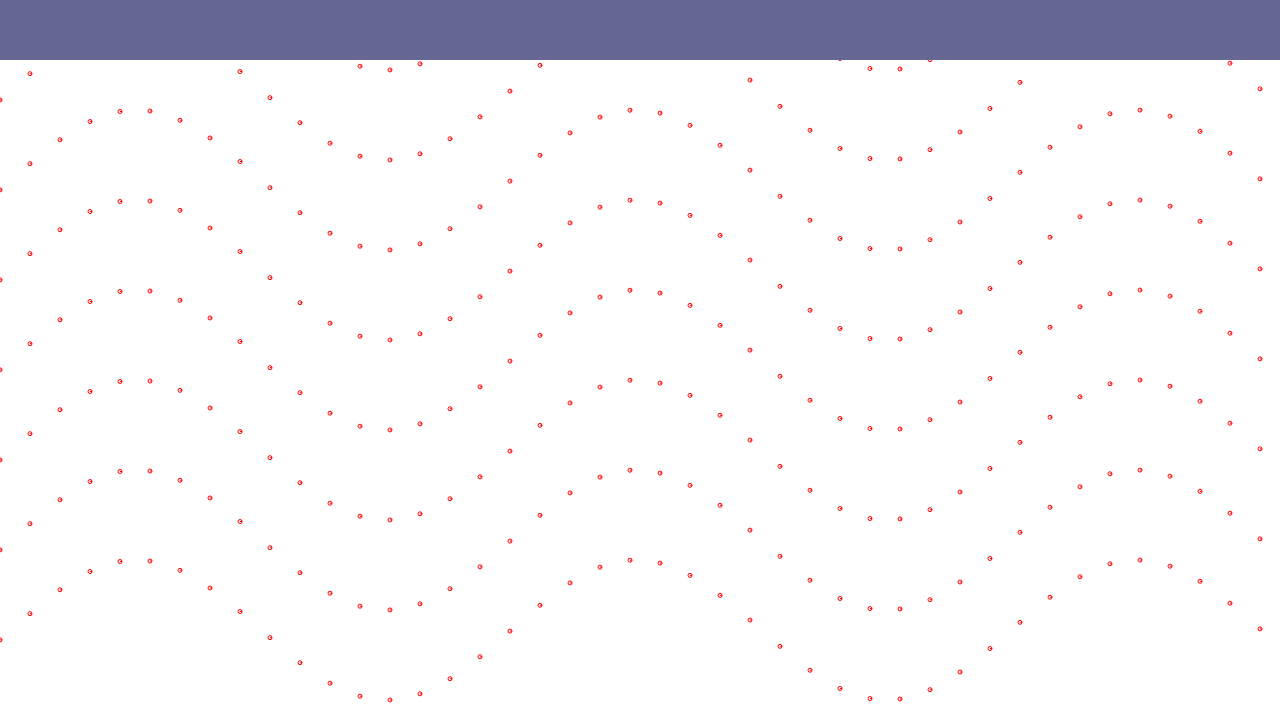
Repository: Iban-del/ProjetBacIban
Page: index.html
These files come from the project's save history. The page is drawn as it stood at one moment and after the next save; the edit follows.
The browser window is 1280 px wide. The pictures show the whole page.

Above is the page before, as saved 2025-02-18 20:10:12.

After the next save:
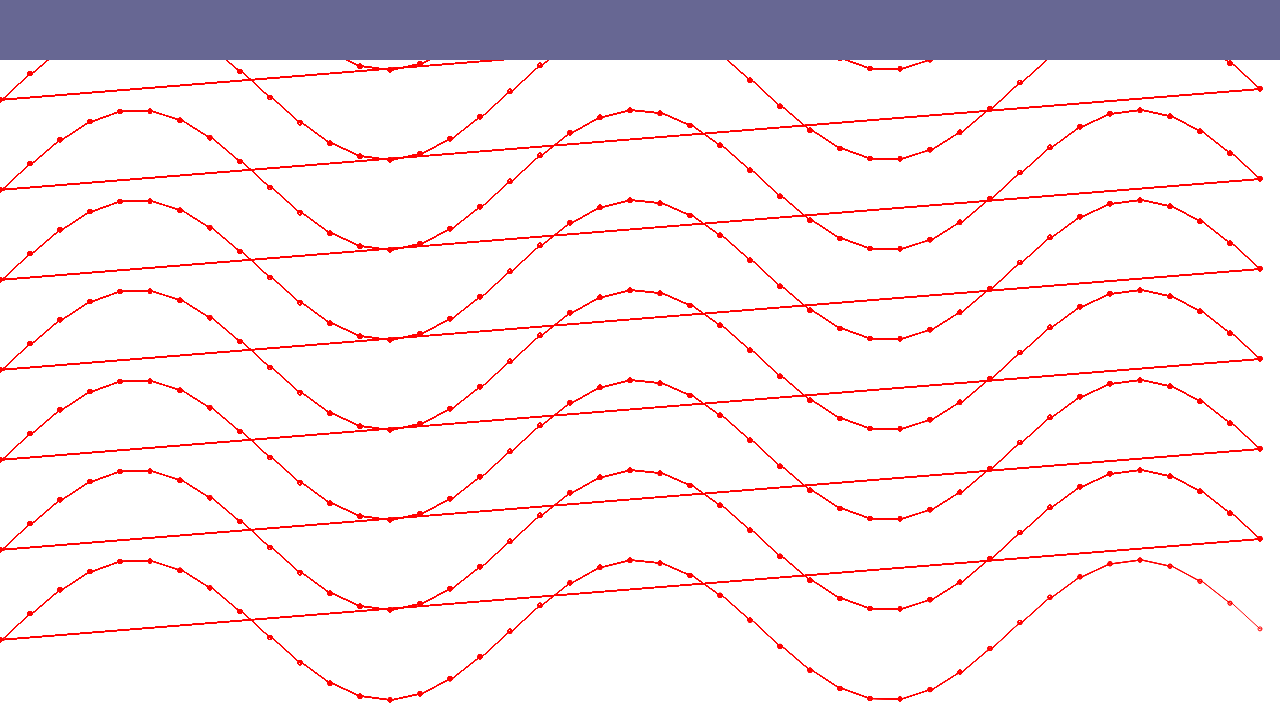
Saved 23 s later.
--- a/js/background.js
+++ b/js/background.js
@@ -67,11 +67,11 @@
 function drawVague(ctx){
 
     if(ctx instanceof CanvasRenderingContext2D){
+        ctx.beginPath();
         for(let t = 0;t < window.innerHeight;t+= 90){
             for(let i = 0 ;i < window.innerWidth;i+=30){
                 let x = i;
                 let y = vague(x)+(t);
-                ctx.beginPath();
                 ctx.lineTo(x,y)
                 ctx.moveTo(x,y)
                 ctx.strokeStyle="red";

After the save that followed:
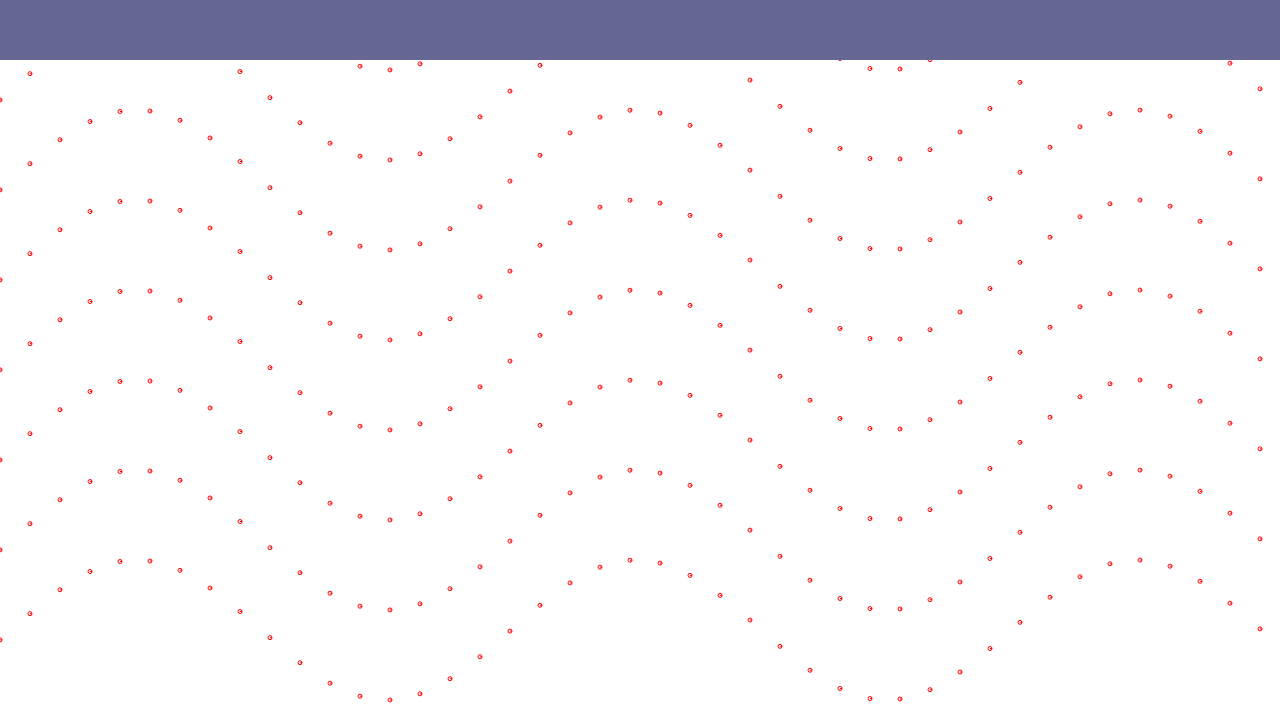
Saved 14 s later.
--- a/js/background.js
+++ b/js/background.js
@@ -67,12 +67,11 @@
 function drawVague(ctx){
 
     if(ctx instanceof CanvasRenderingContext2D){
-        ctx.beginPath();
         for(let t = 0;t < window.innerHeight;t+= 90){
             for(let i = 0 ;i < window.innerWidth;i+=30){
                 let x = i;
                 let y = vague(x)+(t);
-                ctx.lineTo(x,y)
+                ctx.beginPath();
                 ctx.moveTo(x,y)
                 ctx.strokeStyle="red";
                 ctx.arc(x,y,2,0,Math.PI*2,true)
